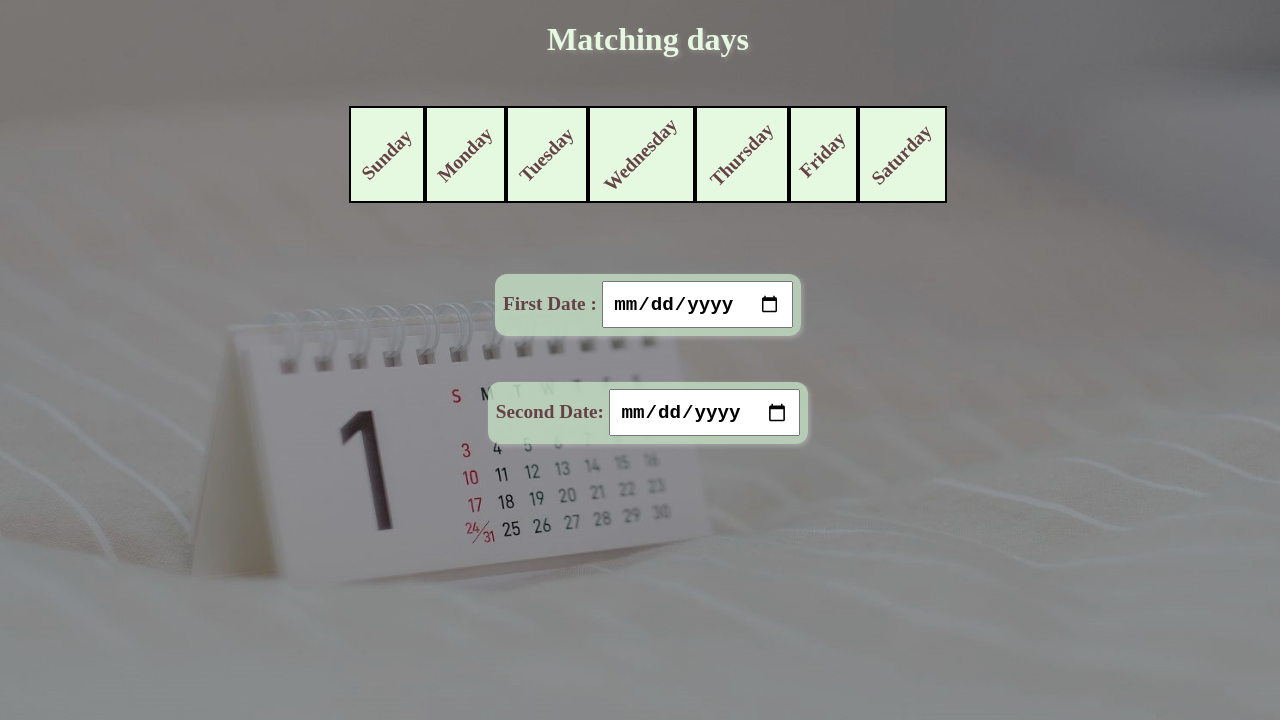
Repository: lasity34/matching-days
Page: index.html
The author's editor kept a copy of each file at every save. The page is drawn from the files as they stood at one save, then again after the next save.
The browser window is 1280 px wide. The page is 1288 px wide, so the pictures cover 1288 px, including what lies to the right of the window. The pictures show the whole page.
Some web fonts or font styles are not loaded; a fallback is used. Some web libraries are served in a nearby version.

Above is the page before, as saved 2023-05-11 09:48:39.

### index.html
<!DOCTYPE html>
<html lang="en">
<head>
    <meta charset="UTF-8">
    <meta http-equiv="X-UA-Compatible" content="IE=edge">
    <meta name="viewport" content="width=device-width, initial-scale=1.0">
    <title>Matching days</title>
    <link rel="preconnect" href="https://fonts.googleapis.com">
<link rel="preconnect" href="https://fonts.gstatic.com" crossorigin>
<link href="https://fonts.googleapis.com/css2?family=Battambang:wght@300;400;700&display=swap" rel="stylesheet">
    <link rel="stylesheet" href="style.css" >
    <script src="https://cdnjs.cloudflare.com/ajax/libs/handlebars.js/4.0.11/handlebars.min.js"></script>
    <script type="text/x-template" id="days_template">
        {{#each different_days}}
        <div class="day_box {{#if selected}} {{selected}} {{/if}}"><p class="day_text">{{day}}</p></div>
        {{/each}}
    </script>
</head>
<body>

    <h1>Matching days</h1>
    <section class="days_container">

    </section>
    <section class="date_input_container">
        <div class="input_box">

            <label for="first_date">First Date :</label>
            <input type="date" id="first_date" name="first_date" />
        </div>
        <div class="input_box">

            <label for="second_date">Second Date:</label>
            <input type="date" id="second_date" name="second_date"/>
        </div>
    </section>


    <script src="./matching-days-factory.js" charset="utf-8"></script>

        <script src="/matching-days.js" charset="utf-8"></script>


</body>
</html>

### style.css

html {
    font-family: 'Battambang', cursive;
    background: url("./Images/background.jpg") no-repeat  center / 100% 100% fixed ;
    font-weight: 700;
    font-size: 16px;
    color: #664147
}

body {
    width: 100%;
}

h1 {
    text-align: center;
    text-shadow: 2px 2px 5px rgba(227, 223, 223, 0.3);
    color: #E5F9E0;
}
/* days display */
.days_container {
    display: flex;
    justify-content: center;
    margin: 3em auto;
    width: 100%;
}

.day_box {
    border: 2px solid black;
    padding: 1em 0.3em;
    background-color: #E5F9E0
}

.day_text {
    transform: rotate(-45deg);
    font-size: 1.2rem;
}

/* dates input */


.date_input_container {
    display: flex;
    flex-direction: column;
    align-items: center;
    justify-content: space-around;
    height: 30vh;
    font-size: 1.2rem;
}

input {
    font-size: 1.2rem;
    font-weight: 700;
    padding: 0.5em;
}

.input_box {
    background-color: rgba(196, 223, 196, 0.8);
    box-shadow: 2px 2px 5px rgba(245, 243, 243, 0.3);
    border-radius: 12px;
    padding: 0.4em;
}

.day1 {
    background-color: rgb(228, 65, 198);
}

.day2 {
    background-color: rgb(86, 97, 224);
}

### matching-days-factory.js
function matching_days() {
  let first_date_value = 0;
  let second_date_value = 0;
  const daysOfWeek = [
    "Sunday",
    "Monday",
    "Tuesday",
    "Wednesday",
    "Thursday",
    "Friday",
    "Saturday",
  ];

  function set_date_value(input1, input2) {
    first_date_value = input1;
    second_date_value = input2;
  }

  function get_day_class(dateValue) {
    const date = new Date(dateValue);
    const dayOfWeek = daysOfWeek[date.getDay()];

    return dayOfWeek;
  }

  return {
    set_date_value,
    get_day_class,
  };
}

### matching-days.js
const first_date_input = document.querySelector("#first_date");
const second_date_input = document.querySelector("#second_date");
const days_data_display = document.querySelector(".days_container");
const daysOfWeek = [
  "Sunday",
  "Monday",
  "Tuesday",
  "Wednesday",
  "Thursday",
  "Friday",
  "Saturday",
];
const change_date = document.querySelector(".input_box")

const first_value = first_date_input.value

const daysInstance = matching_days();

function matching_days_update() {
  daysInstance.set_date_value(first_date_input.value, second_date_input.value);
  daysTemplate();
}

function daysTemplate() {
  const template_source = document.querySelector("#days_template").innerHTML;
  const days_template = Handlebars.compile(template_source);
  const days_data_display = document.querySelector(".days_container");

  const daysData = {
    different_days: daysOfWeek.map((day) => {
      let selectedClass = "";
      if (day === daysInstance.get_day_class(first_date_input.value)) {
        selectedClass = "day1";
      } else if (day === daysInstance.get_day_class(second_date_input.value)) {
        selectedClass = "day2";
      }

      return { day, selected: selectedClass };
    }),
  };

  const daysDataHTML = days_template(daysData);

  days_data_display.innerHTML = daysDataHTML;
}

document.addEventListener("DOMContentLoaded", function () {
  daysTemplate();
});

change_date.addEventListener("change", matching_days_update);

After the next save:
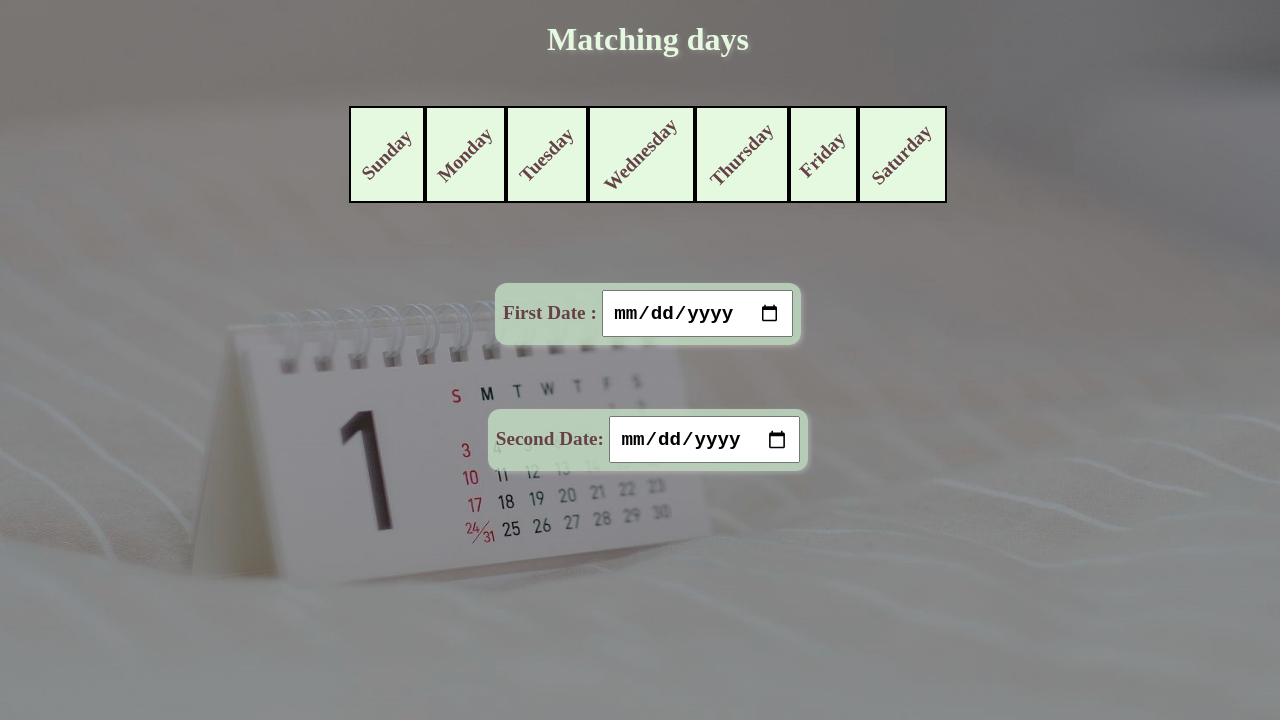
Saved 17 s later.
--- a/style.css
+++ b/style.css
@@ -43,7 +43,7 @@ h1 {
     flex-direction: column;
     align-items: center;
     justify-content: space-around;
-    height: 30vh;
+    height: 35vh;
     font-size: 1.2rem;
 }
 
